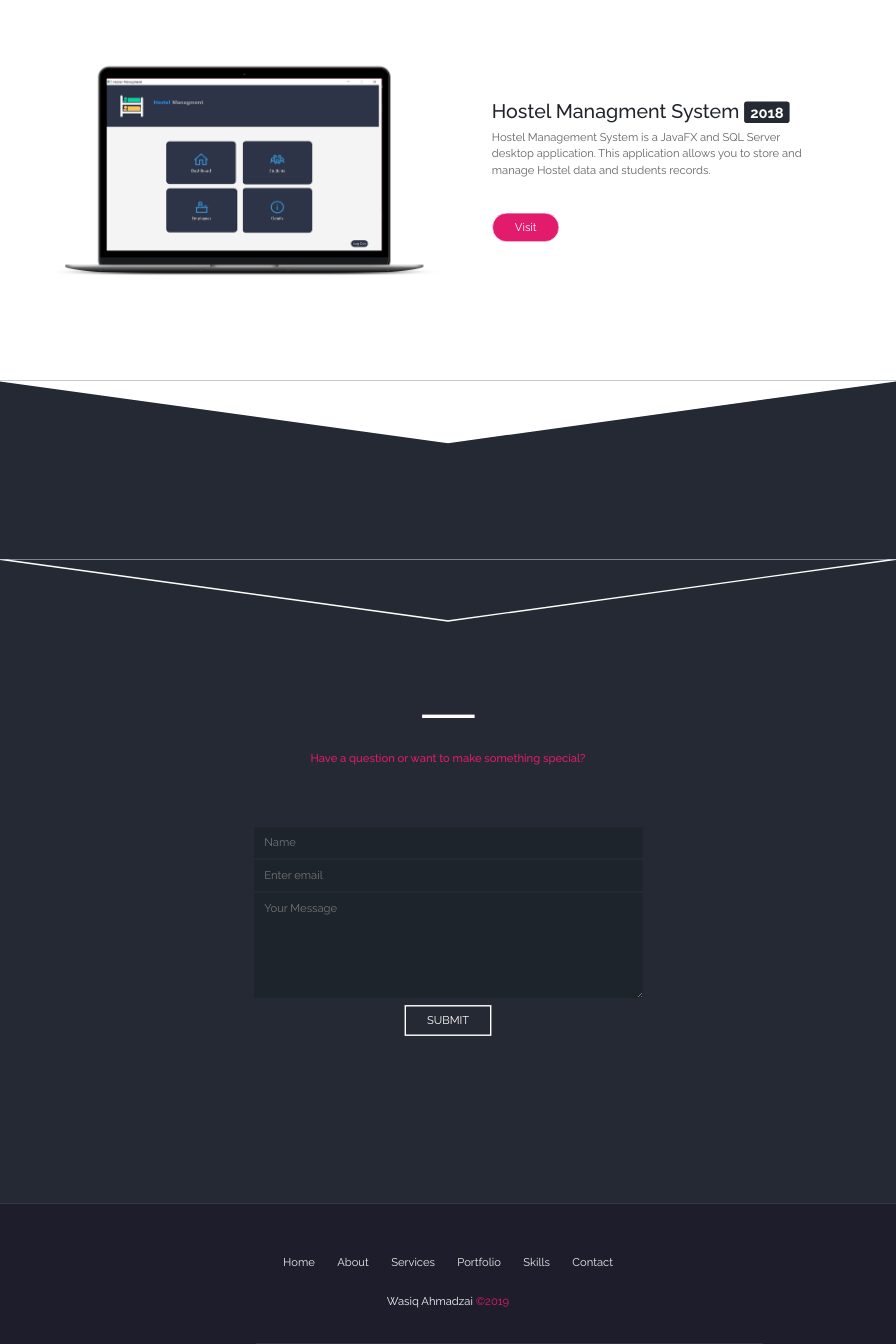
Repository: wasiqkhan/wasiqkhan.github.io
Page: index.html
The author's editor kept a copy of each file at every save. The page is drawn from the files as they stood at one save, then again after the next save.
The browser window is 1280 px wide. The pictures show the part of the page from y = 3337 to 5257 px (the page is 5257 px tall before and 4873 px after), at 70% of full size.
Some web fonts or font styles are not loaded; a fallback is used.

Above is the page before, as saved 2020-11-06 17:10:26.
Not found: js/all.js
Not found: js/app.js
Not found: js/particles.js

After the next save:
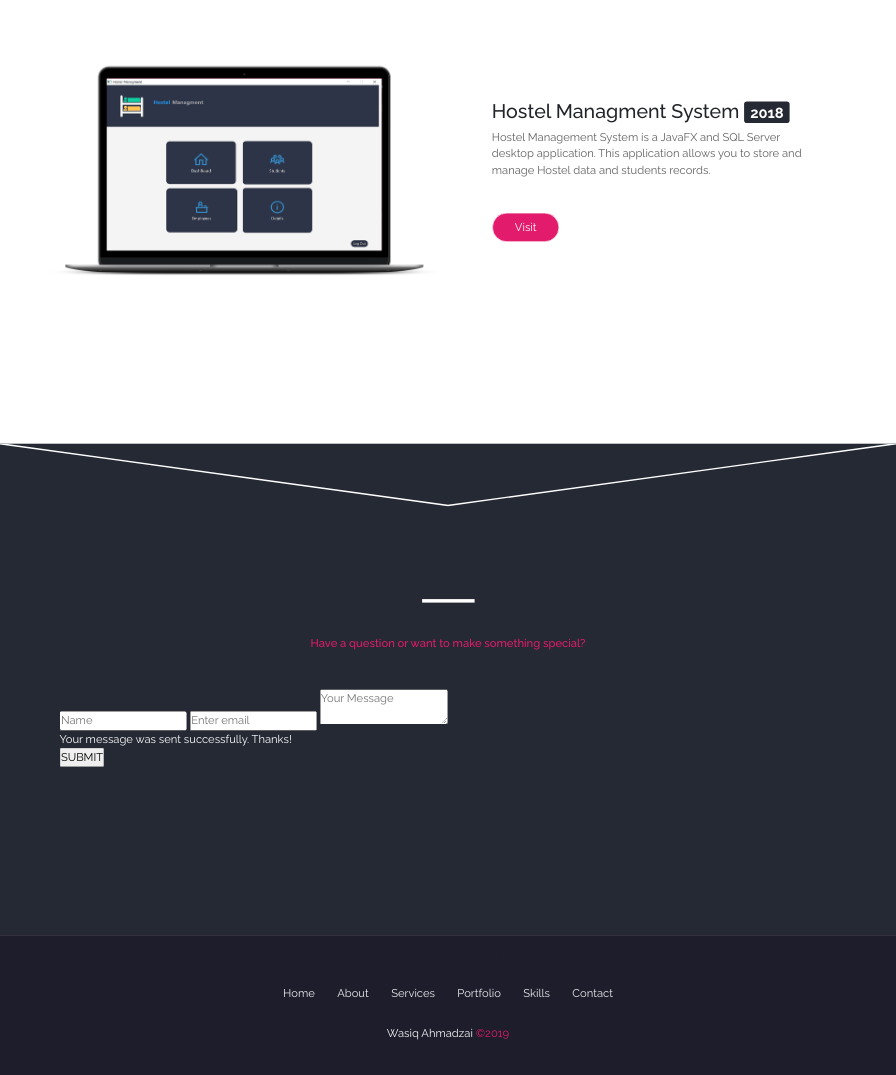
Saved 14 s later.
--- a/index.html
+++ b/index.html
@@ -302,7 +302,7 @@
       </div>
     </section>
 
-    <section id="skills" class="skills-anim">
+    <!-- <section id="skills" class="skills-anim"> -->
 
         <svg preserveAspectRatio="none" viewBox="0 0 100 102" height="90" width="100%" version="1.1"
         xmlns="http://www.w3.org/2000/svg" class="svgcolor-light">
@@ -512,7 +512,7 @@
         </div> -->
 
       <!-- </div> -->
-    </section>
+    <!-- </section> -->
     <section id="contact" class="contact">
         <svg preserveAspectRatio="none" viewBox="0 0 100 102" height="90" width="100%" version="1.1"
         xmlns="http://www.w3.org/2000/svg" class="svgcolor-light">
